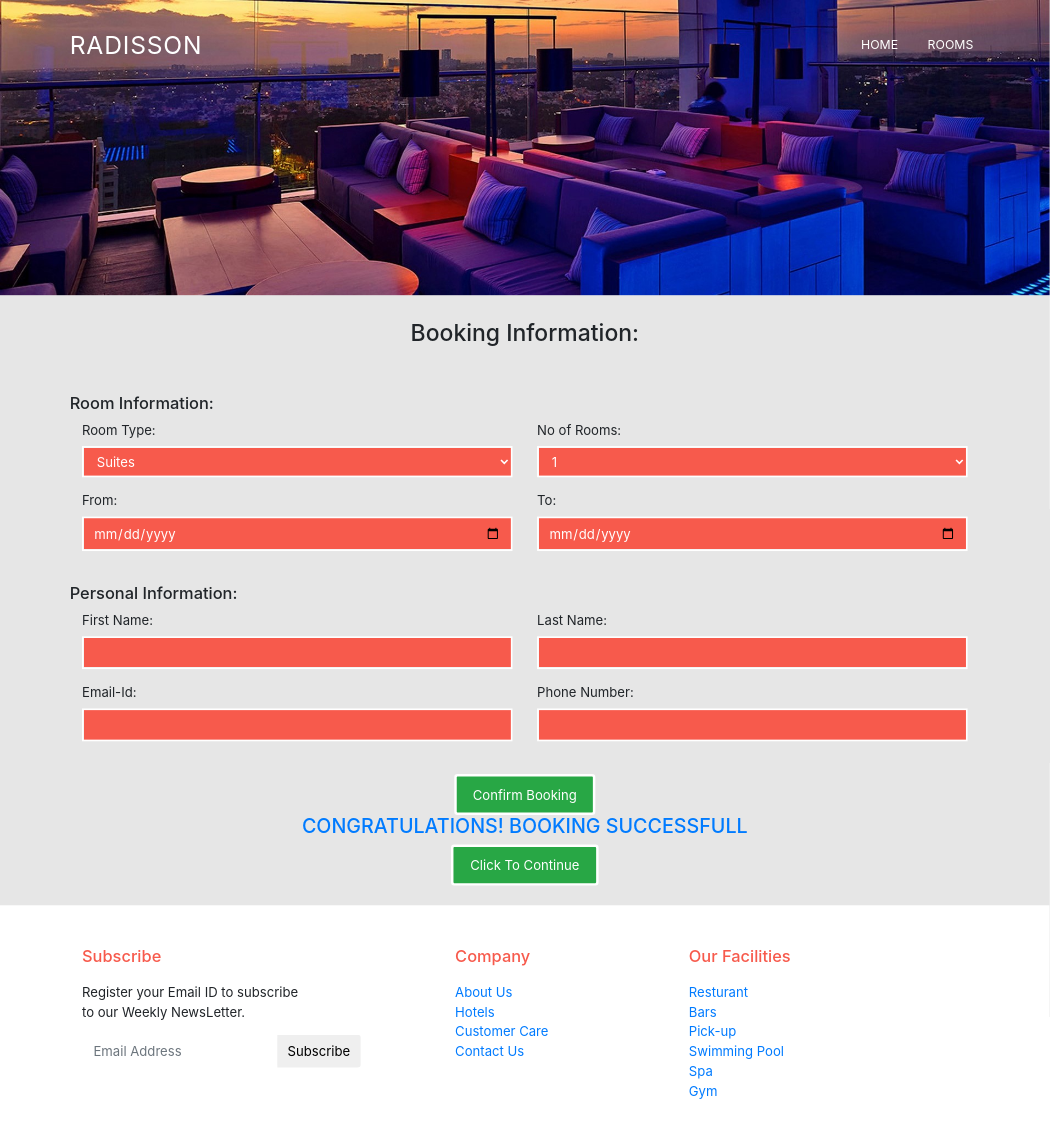
Repository: kapsky5/HotelManagement
Page: booking.html
These files come from the project's save history. The page is drawn as it stood at one moment and after the next save; the edit follows.
The browser window is 1280 px wide. The pictures show the whole page, at 82% of full size.

Above is the page before, as saved 2019-11-08 10:21:37.

After the next save:
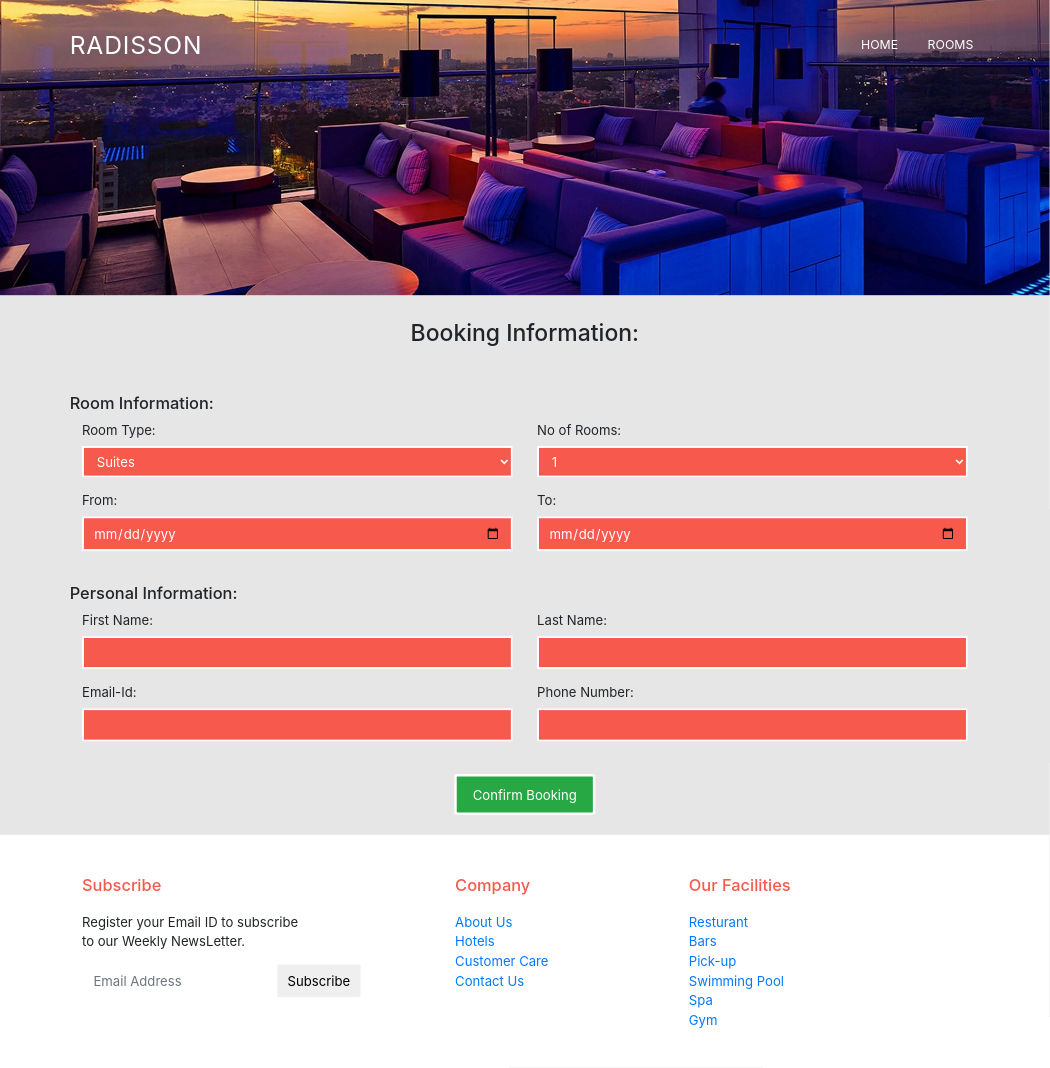
Saved 5 s later.
--- a/booking.html
+++ b/booking.html
@@ -169,7 +169,7 @@
     <script>
         var submis = document.getElementById('btn-submit');
         var cont = document.getElementById('continue');
-        // cont.style.display="none";
+        cont.style.display="none";
         async function newBooking() {
             let type = document.getElementById('type').value;
             let room = document.getElementById('room').value;
